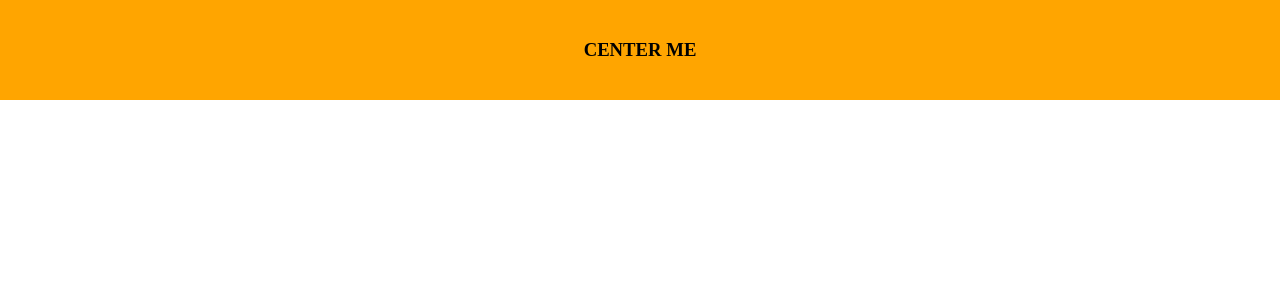
Repository: phanvu0103/HTML-CSS
Page: CSS_17.2_Các-cách-căn-giữa-trong-CSS/index.html
An editor plug-in stored every save of this project. The page is shown before and after the next save, followed by the edit.
The browser window is 1280 px wide. The pictures show the whole page.

Above is the page before, as saved 2022-09-23 10:20:49.

### CSS_17.2_Các-cách-căn-giữa-trong-CSS/index.html
<!DOCTYPE html>
<html lang="en">
  <head>
    <meta charset="UTF-8" />
    <meta http-equiv="X-UA-Compatible" content="IE=edge" />
    <meta name="viewport" content="width=device-width, initial-scale=1.0" />
    <title>Các Cách căn giữa trong Css</title>
    <link rel="stylesheet" href="style.css" />
  </head>
  <body>
    <div class="box">
      <h3>CENTER ME</h3>
    </div>
  </body>
</html>

### CSS_17.2_Các-cách-căn-giữa-trong-CSS/style.css
* {
  margin: 0;
  padding: 0;
  box-sizing: border-box;
}
.box {
  --height: 100px;
  /* biến logo của box h3 costheer thường hưởng có thể đổi 200px
  cũng ko sao */
  background-color: orange;
  height: var(--height 100px)
    /* có thể dùng display
  display: flex;
  align-items: center;
  justify-content: center; */
    /* có thể dùng position: relative và position:absolute top left
  transform nên sử dụng % cho h3
  */ * /;
}
h3 {
  text-align: center;
  line-height: var(--height);
  /* line-height: 100px; */
  /* position: absolute;
  top: 50%;
  left: 50%;
  transform: translate(-50%, -50%); */
}

After the next save:
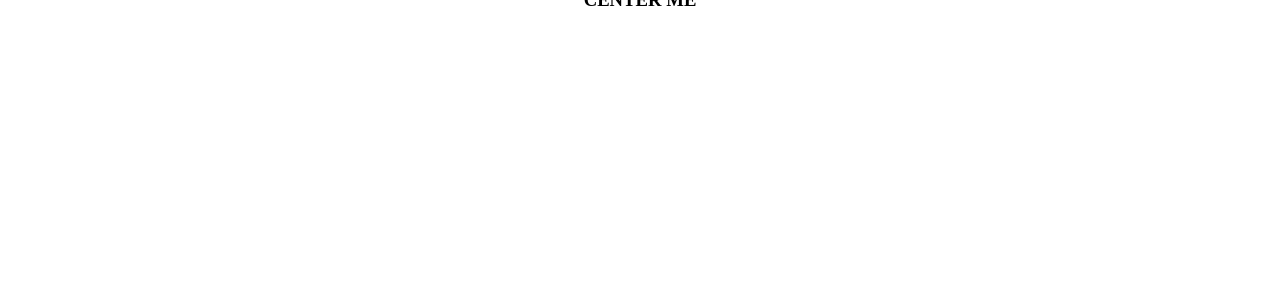
Saved 3 min 54 s later.
--- a/CSS_17.2_Các-cách-căn-giữa-trong-CSS/style.css
+++ b/CSS_17.2_Các-cách-căn-giữa-trong-CSS/style.css
@@ -4,25 +4,26 @@
   box-sizing: border-box;
 }
 .box {
-  --height: 100px;
+  background-color: orange;
+  /* --height: 100px; */
   /* biến logo của box h3 costheer thường hưởng có thể đổi 200px
-  cũng ko sao */
-  background-color: orange;
-  height: var(--height 100px)
-    /* có thể dùng display
+  cungxko sao */
+  /* height: var(--height 100px) */
+  /* có thể dùng display
   display: flex;
   align-items: center;
   justify-content: center; */
-    /* có thể dùng position: relative và position:absolute top left
+  /* có thể dùng position: relative và position:absolute top left
   transform nên sử dụng % cho h3
-  */ * /;
+  */
+  position: relative;
 }
 h3 {
   text-align: center;
-  line-height: var(--height);
+  /* line-height: var(--height); */
   /* line-height: 100px; */
-  /* position: absolute;
+  position: absolute;
   top: 50%;
   left: 50%;
-  transform: translate(-50%, -50%); */
+  transform: translate(-50%, -50%);
 }

After the save that followed:
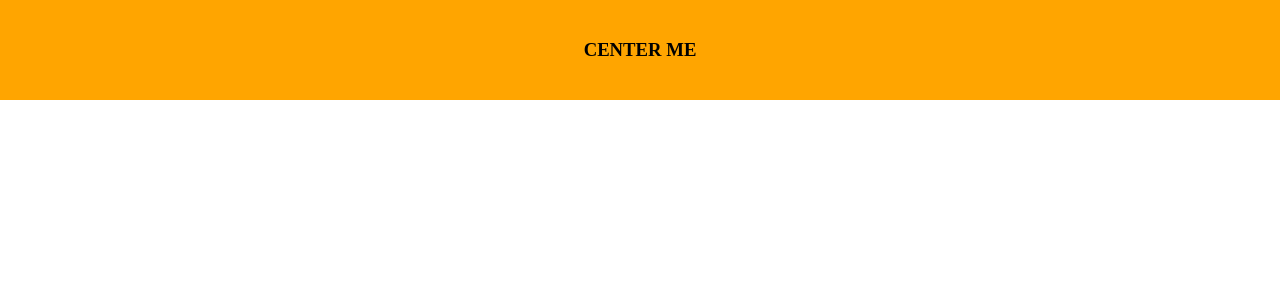
Saved 18 s later.
--- a/CSS_17.2_Các-cách-căn-giữa-trong-CSS/style.css
+++ b/CSS_17.2_Các-cách-căn-giữa-trong-CSS/style.css
@@ -5,6 +5,7 @@
 }
 .box {
   background-color: orange;
+  height: 100px;
   /* --height: 100px; */
   /* biến logo của box h3 costheer thường hưởng có thể đổi 200px
   cungxko sao */
